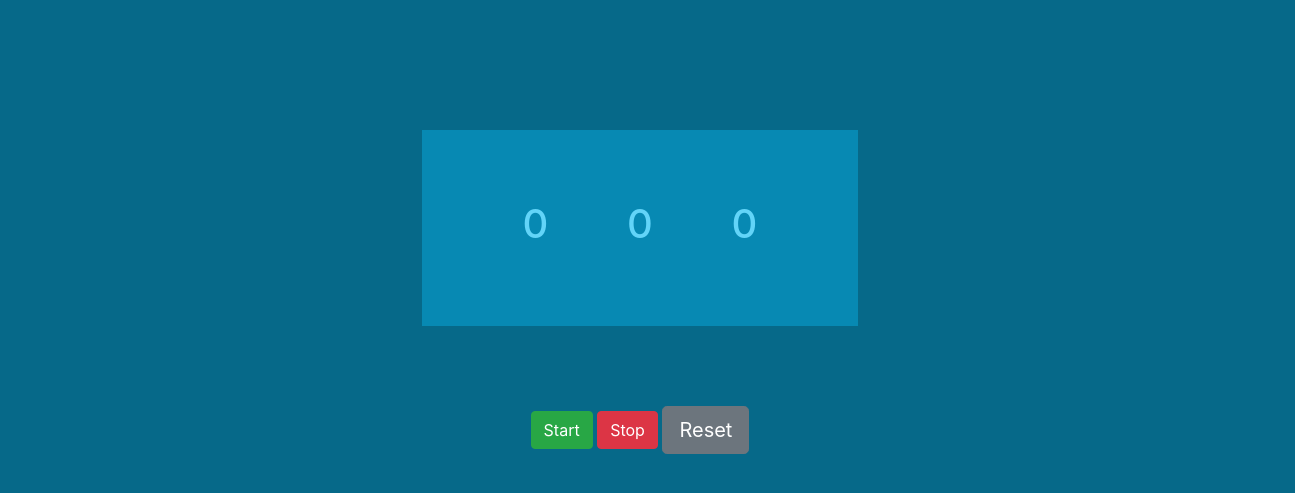
Repository: moiz9265/stopwatch
Page: index.html
The author's editor kept a copy of each file at every save. The page is drawn from the files as they stood at one save, then again after a run of saves.
The browser window is 1280 px wide. The page is 1295 px wide, so the pictures cover 1295 px, including what lies to the right of the window. The pictures show the whole page.

Above is the page before, as saved 2020-07-09 23:00:08.

### index.html
<!DOCTYPE html>
<html lang="en">
  <head>
    <meta charset="utf-8">
    <title>Stop Watch</title>

    <link rel="stylesheet" href="css/bootstrap.min.css">
    <link rel="stylesheet" href="css/style.css" type="text/css">
    <script src="js/app.js">

    </script>
  </head>
  <body>
      <!-- <h1  style="text-align: center;">Stop Watch</h1> -->
        <div class="row" style="margin-top: 80px;">
            <div class="col-md-4">

            </div>
            <div id="maindiv" style=" text-align: center;" class="col-sm-12 col-md-4">
                <h1>0</h1>
                <h1>0</h1>
                <h1>0</h1>
                <!-- <h1>0</h1> -->
            </div>
            <div class="col-md-4">

            </div>

        </div>
        <div class="row" style="margin-top: 80px;">
            <div class="col-md-4">

            </div>
            <div  style=" text-align: center;" class="col-sm-12 col-md-4">
               <button class="btn btn-md btn-success">Start</button>
               <button class="btn btn-md btn-danger">Stop</button>
               <button class="btn btn-lg btn-secondary">Reset</button>

            </div>
            <div class="col-md-4">

            </div>

        </div>

  </body>
  <script src="js/jquery-3.2.1.slim.min.js"></script>
  <script src="js/popper.min.js"></script>
  <script src="js/bootstrap.min.js"> </script>
</html>

### css/style.css
body{
    background-color: #066989;
}

#maindiv
{
        margin-top: 50px;
    width: 40%;
    background-color: #0789B3;
    padding-top: 70px;
    padding-bottom: 70px;
    padding-left: 30px;
    padding-right: 30px;


}

h1
{
    display: inline-block;
    width: 100px;
   text-align: center;
   color: #62D4F8;
}

Loaded but not shown: css/bootstrap.min.css (library); js/jquery-3.2.1.slim.min.js (library); js/popper.min.js (library); js/bootstrap.min.js (library); js/app.js (no stored copy; drawn as an empty file)

After the next 2 saves:
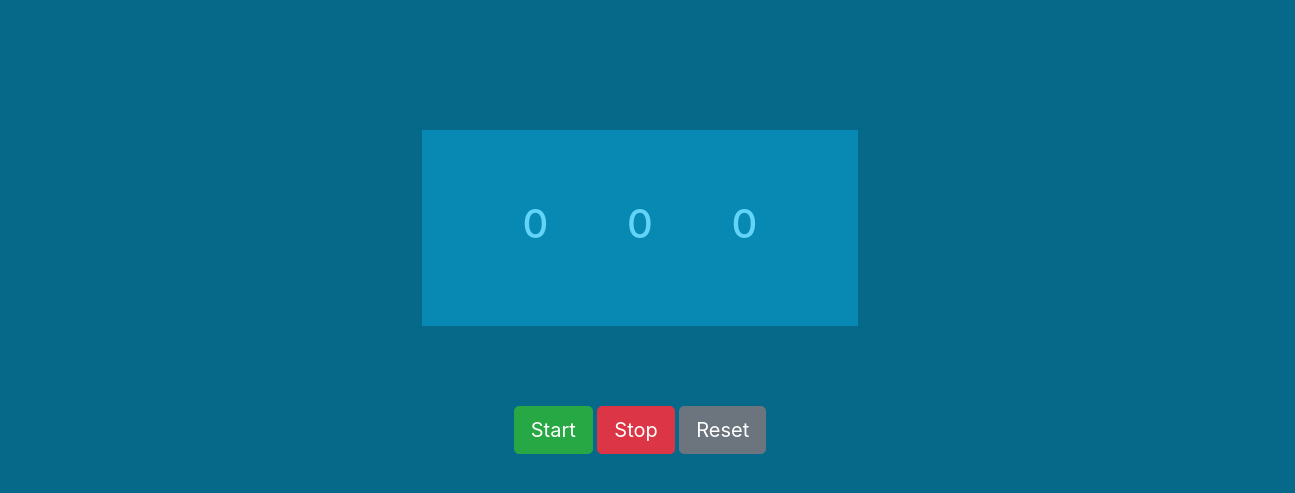
The 2 saves are shown as one change because they came seconds apart.
The last was saved 11 s later.
--- a/index.html
+++ b/index.html
@@ -32,8 +32,8 @@
 
             </div>
             <div  style=" text-align: center;" class="col-sm-12 col-md-4">
-               <button class="btn btn-md btn-success">Start</button>
-               <button class="btn btn-md btn-danger">Stop</button>
+               <button class="btn btn-lg btn-success">Start</button>
+               <button class="btn btn-lg btn-danger">Stop</button>
                <button class="btn btn-lg btn-secondary">Reset</button>
 
             </div>
